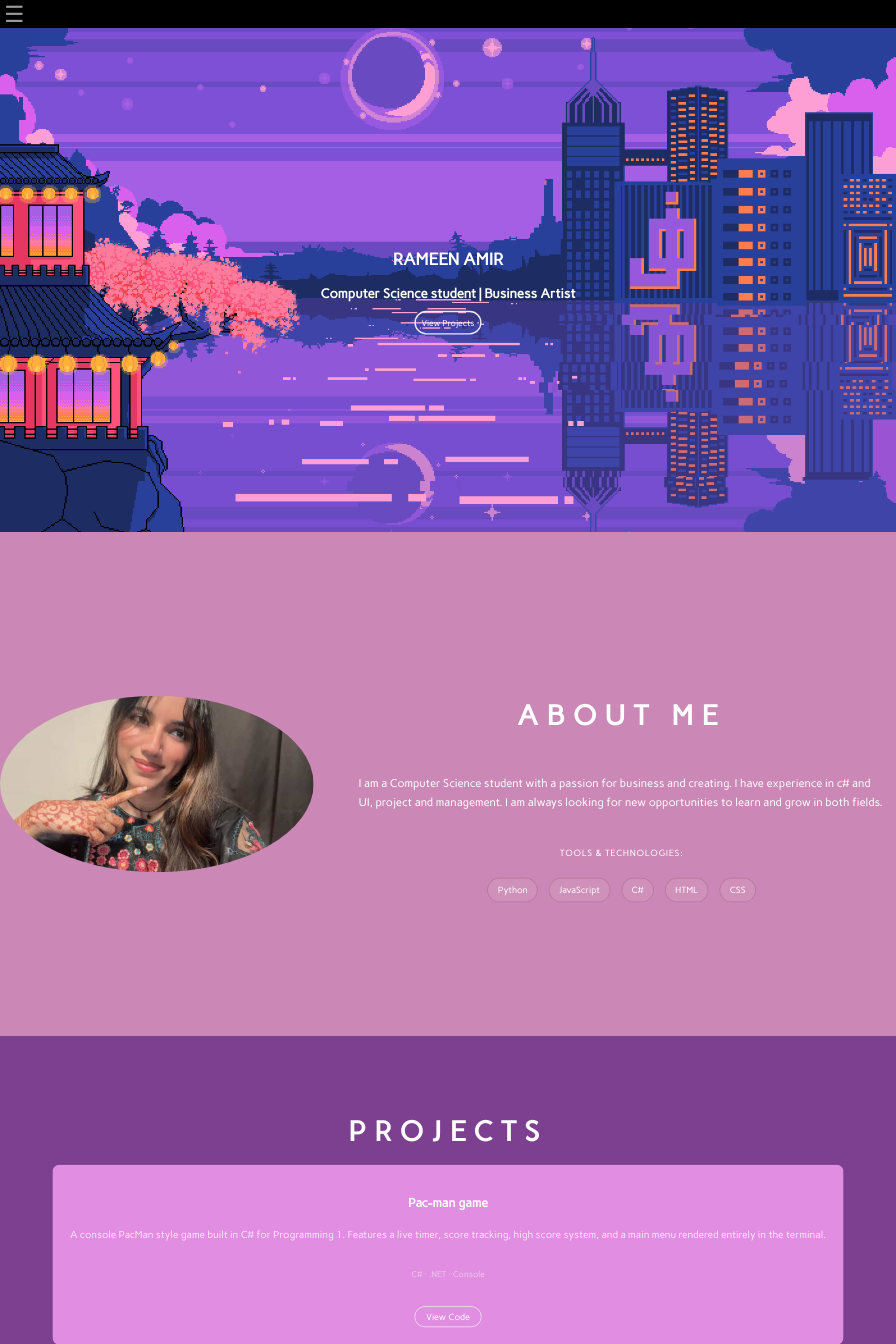
Repository: Rameen-A/Rameen-A
Page: index.html
These files come from the project's save history. The page is drawn as it stood at one moment and after the next save; the edit follows.
The browser window is 1280 px wide. The pictures show the part of the page from y = 0 to 1920 px (the page is 2876 px tall), at 70% of full size.

Above is the page before, as saved 2026-05-07 23:54:03.

### index.html
<!DOCTYPE html>
<html lang="en">
  <head>
    <meta charset="UTF-8" />
    <meta name="viewport" content="width=device-width, initial-scale=1.0" />
    <title>My Portfolio Project</title>
    <link rel="stylesheet" href="styles/globals.css" />
    <link rel="stylesheet" href="styles/index.css" />
  </head>
  <body>
    <nav class="sidebar">
      <button class="menu-button">☰</button>
      <ul class="menu">
        <li><a href="#about">About me</a></li>
        <li><a href="#projects">View Projects</a></li>
        <li><a href="#contact">My Info </a></li>
      </ul>
    </nav>
    <!-- Hero Section -->
    <section class="hero">
      <article>
        <h1>Rameen Amir</h1>
        <h3>Computer Science student | Business Artist</h3>
        <a href="#projects">View Projects</a>
      </article>
    </section>
    <!-- About Me Section -->
    <section class="about" id="about">
      <img
        src="assets/images/686415663_1672869123865112_6993977710073232581_n.jpg"
        alt="Profile Picture"
      />
      <!-- !my image doesnt have srcset - will add in the end -->
      <!-- !need an svg for menu bar and other spots - will end in the end-->

      <div class="about-content">
        <h2 class="aboutMe">About Me</h2>
        <p>
          I am a Computer Science student with a passion for business and
          creating. I have experience in c# and UI, project and management. I am
          always looking for new opportunities to learn and grow in both fields.
        </p>
        <p class="tools-labels">Tools & Technologies:</p>
        <ul class="tools-list">
          <li>Python</li>
          <li>JavaScript</li>
          <li>C#</li>
          <li>HTML</li>
          <li>CSS</li>
        </ul>
      </div>
    </section>
    <!-- Projects Section -->
    <section class="projects" id="projects">
      <h2>Projects</h2>
      <div class="cards">
        <article class="card">
          <h3>Pac-man game</h3>
          <p>
            A console PacMan style game built in C# for Programming 1. Features
            a live timer, score tracking, high score system, and a main menu
            rendered entirely in the terminal.
          </p>
          <p class="tech">C# · .NET · Console</p>
          <a href="" target="_blank">View Code</a>
        </article>
        <article class="card">
          <h3>Trash Sorting AI</h3>
          <p>
            A machine learning model trained on Teachable Machine to classify
            garbage into 4 categories: glass, plastic, paper, and metal.
            Integrated with a p5.js web app that sends predictions to a
            Raspberry Pi Pico via serial, lighting up different LEDs based on
            the result.
          </p>
          <p class="tech">
            Teachable Machine · p5.js · Arduino · Raspberry Pi Pico
          </p>
          <a href="" target="_blank">View Project</a>
        </article>
      </div>
    </section>
    <!-- Contact Section -->
    <section class="contact">
      <h2 id="contact">Contact</h2>
      <div class="contact-cards">
        <div class="contact-card">
          <p class="default">Email</p>
          <a href="mailto:rameenamir.ca@gmail.com" class="hover-text"
            >rameenamir.ca@gmail.com</a
          >
        </div>

        <div class="contact-card">
          <p class="contact-label">LinkedIn</p>
          <a
            href="https://www.linkedin.com/in/rameen-amir-5a9912349/"
            target="_blank"
            >Rameen Amir</a
          >
        </div>
        <div class="contact-card">
          <p class="contact-label">Phone Number</p>
          <a href="tel:5145617912">514-561-7912</a>
        </div>
        <div class="contact-card">
          <p class="contact-label">Henna Business Instagram</p>
          <a
            href="https://www.instagram.com/henna_byrameen?igsh=OGZzczk1ZWl6bW9p"
            target="_blank"
            >Henna_byrameen</a
          >
        </div>
        <div class="contact-card">
          <p class="contact-label">CV</p>
          <a href="assets/images/rameen cv 26.png" target="_blank">View CV</a>
        </div>
      </div>
    </section>
  </body>
  <script>
    const button = document.querySelector(".menu-button");
    const menu = document.querySelector(".menu");
    const links = document.querySelectorAll(".menu a");

    button.addEventListener("click", () => {
      menu.classList.toggle("show");
    });

    links.forEach((link) => {
      link.addEventListener("click", () => {
        menu.classList.remove("show");
      });
    });
  </script>
</html>

### styles/globals.css
/* FONT DEFS */
@font-face {
  font-family: "main font";
  src: url(../assets/fonts/Carme/Carme-Regular.ttf);
}

/* CROSS PAGE STYLES */
body {
  color: white;
  font-family: "main font", Verdana, sans-serif;
  margin: auto; /* ! margin needs to be default so 0*/
}

h1 {
  font-weight: bold;
  text-transform: uppercase;
  font-size: 1.5rem; /*! too small for desktop*/
}

a {
  text-decoration: none;
  color: white;
  font-size: 0.75rem; /*! too small*/
}
ul {
  list-style: none;
  padding: 0;
  margin: 0;
}
a:hover {
  text-decoration: underline;
}

### styles/index.css
body {
  margin: 0;
  top: 0;
  background-color: black;
}

.hero {
  display: flex;
  align-items: center;
  justify-content: center;
  text-align: center;
  height: 100vh;

  background-image: url(../assets/images/9a61269bd961543ec7b161a66536ad3a.gif);
  background-size: cover;
  background-position: center;
  background-repeat: no-repeat;
}
.hero a,
.card a {
  border: 2px solid rgb(238, 236, 236);
  padding: 0.5rem;
  border-radius: 20px;
}
article {
  opacity: 1;
}
/*menu bar */
.menu {
  position: fixed;
  top: 0;
  left: -25%;
  width: 25%;
  height: 100vh;
  background: rgba(0, 0, 0, 0.9);

  display: flex;
  flex-direction: column;
  padding-top: 5rem;
}

.menu.show {
  left: 0;
  transition: left 0.3s ease;
}
.menu-button {
  opacity: 0.6;
  font-size: 2rem;

  background: transparent;
  border: none;
  outline: 2px solid transparent;

  color: white;
  cursor: pointer;
}
/* ABOUT ME  */
.about {
  display: flex;
  align-items: center;
  justify-content: center;
  min-height: 100vh;
  text-align: center;

  gap: 2.5rem;
  flex-direction: column;

  background-color: rgb(203, 135, 181);
}
.about h2 {
  font-size: 1.75rem;
  margin-bottom: 1rem;
  letter-spacing: 0.3em;
  text-transform: uppercase;
}
.about-content {
  display: flex;
  flex-direction: column;
  align-items: center;
  gap: 1rem;
  margin: 0 1rem;
  width: 100%;
  max-width: 90%;
  text-align: left;
  line-height: 1.8;
  font-size: 1rem;
}
.about img {
  max-width: 35%;
  border-radius: 100%;
  overflow: hidden;
  display: inline-block;
  vertical-align: middle;
}
.about-list li {
  font-size: 0.95rem;
  line-height: 1.5;
}

.tools-labels {
  font-size: 0.8rem;
  text-transform: uppercase;
  letter-spacing: 0.08em;
  text-align: left;
  margin-bottom: 0.5rem;
}
.tools-list {
  display: flex;
  flex-wrap: wrap; /* allows items to wrap / internet*/
  gap: 1rem;
  text-align: left;
}
.tools-list li {
  background-color: rgba(255, 252, 252, 0.08);
  border: 1px solid rgba(82, 4, 35, 0.2);
  border-radius: 20px;
  padding: 0.3rem 0.85rem;
  font-size: 0.8rem;
}
/*PROJECTS*/
.projects {
  display: flex;
  justify-content: center;
  min-height: 100vh;
  background-color: rgb(125, 64, 144);
  align-items: center;
  padding-top: 4rem;
  padding-bottom: 3rem;
  flex-direction: column;
}
.projects h2 {
  font-size: 1.75rem;
  margin-bottom: 1rem;
  letter-spacing: 0.3em;
  text-transform: uppercase;
}

.cards {
  display: flex;
  flex-direction: column;
  gap: 1.5rem;
  align-items: center;
  margin: 0 1rem;
  width: 100%;
  max-width: 90%;
  text-align: left;
}
.card {
  background-color: #e18de1;
  border: 1px solid rgba(230, 216, 225, 0.1);
  border-radius: 10px;
  padding: 1.5rem;
  text-align: left;
  display: flex;
  flex-direction: column;
  align-items: center;
  gap: 1rem;
  margin: 0.5rem;
}

.card:hover {
  border-color: rgba(180, 26, 26, 0.4);
}

.card h3 {
  font-size: 1.1rem;
  margin-bottom: 0.5rem;
}

.card p {
  font-size: 0.9rem;
  line-height: 1.6;
  opacity: 0.8;
  margin: 0 0 0.5rem 0;
}

.card .tech {
  font-size: 0.75rem;
  opacity: 0.5;
  margin: 0.75rem 0;
}

.card a {
  display: inline-block;
  border: 1px solid rgb(244, 239, 242);
  padding: 0.4rem 1rem;
  border-radius: 20px;
  font-size: 0.8rem;
  margin-top: 0.5rem;
}

.card a:hover {
  background-color: rgb(247, 235, 235);
  color: #0a1628;
  text-decoration: none;
}

/*CONTACT PAGE*/
.contact {
  display: flex;
  flex-direction: column;
  align-items: center;

  padding-bottom: 6rem;
  padding: 4rem 1rem;

  background-color: rgb(2, 0, 0);
}
.contact h2 {
  font-size: 1.75rem;
  margin-bottom: 1rem;
  letter-spacing: 0.3em;
  text-transform: uppercase;
}
.contact-cards {
  display: flex;
  flex-direction: column;
  gap: 1.5rem;

  width: 100%;
  max-width: 90%;

  margin: 0 auto;
  align-items: center;
}
.contact-card {
  background-color: #deb2de;
  padding: 1rem;
  border-radius: 10px;
  text-align: center;
  position: relative;
  overflow: hidden;
  width: 100%;
  max-width: 22rem;
}
.default {
  display: block;
  transition: opacity 0.3s ease;
}
.hover-text {
  position: absolute;
  inset: 0; /* fills the card */

  display: flex;
  align-items: center;
  justify-content: center;

  opacity: 0;
  transition: opacity 0.3s ease;
}
.contact-card:hover {
  transform: translateY(-5px);
  transition: transform 0.3s ease;
}
.contact-card a {
  opacity: 0;
  transition: opacity 0.3s ease;
  display: block;
  margin-top: 0.5rem;
  background-color: rgb(8, 0, 8);
}
.contact-card:hover a {
  opacity: 1;
  background-color: #ed8eda;
}
.contact-card:hover .default {
  opacity: 0;
}

.contact-card:hover .hover-text {
  opacity: 1;
}
.contact-card .label {
  font-size: 1rem;
  text-transform: uppercase;
}

/* nav mods */
nav {
  position: sticky;
  top: 0;
}

nav ul {
  display: flex;
  justify-content: flex-end;
  margin: 0rem;
}

nav ul li {
  list-style: none;
  margin: 1rem;
}

/* Mobile-first navigation */
nav ul {
  justify-content: center;
}

/* Tablet and desktop layouts */
@media (min-width: 768px) {
  nav ul {
    justify-content: flex-end;
  }

  .about {
    flex-direction: row;
    gap: 3rem;
    text-align: left;
  }

  .cards {
    flex-direction: row;
    flex-wrap: wrap;
    justify-content: center;
  }

  .contact-cards {
    flex-direction: row;
    flex-wrap: wrap;
    justify-content: center;
  }

  .about h2,
  .projects h2,
  .contact h2 {
    font-size: 2.5rem;
  }
}

After the next save:
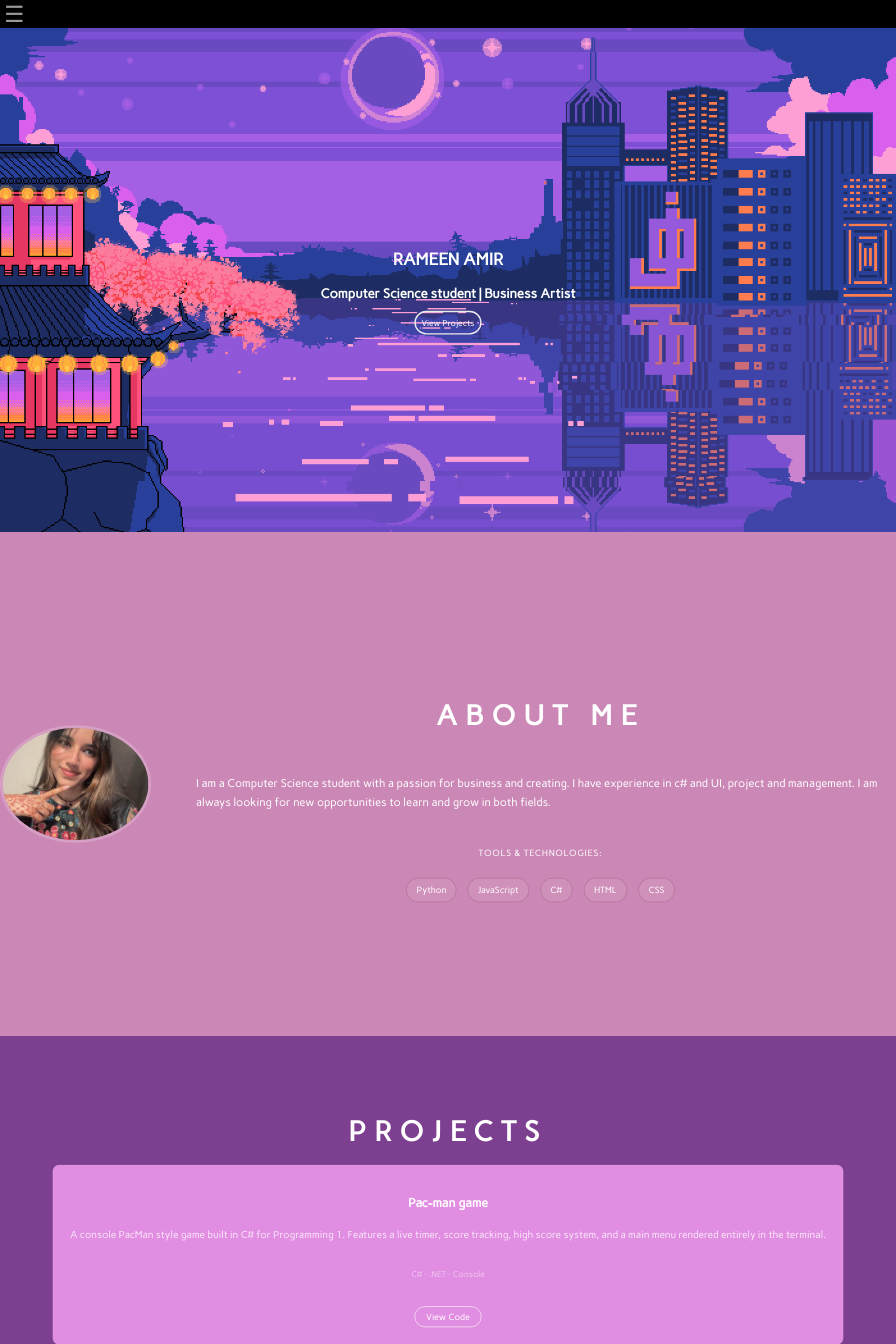
Saved 3 min 38 s later.
--- a/styles/index.css
+++ b/styles/index.css
@@ -62,7 +62,7 @@ article {
   min-height: 100vh;
   text-align: center;
 
-  gap: 2.5rem;
+  gap:2.5rem;
   flex-direction: column;
 
   background-color: rgb(203, 135, 181);
@@ -84,13 +84,16 @@ article {
   text-align: left;
   line-height: 1.8;
   font-size: 1rem;
+
 }
 .about img {
-  max-width: 35%;
-  border-radius: 100%;
-  overflow: hidden;
-  display: inline-block;
-  vertical-align: middle;
+  width: 13rem;
+  height: 10rem;
+
+  object-fit: cover;
+  border-radius: 50%;
+
+  border: 4px solid rgba(255,255,255,0.2);
 }
 .about-list li {
   font-size: 0.95rem;
